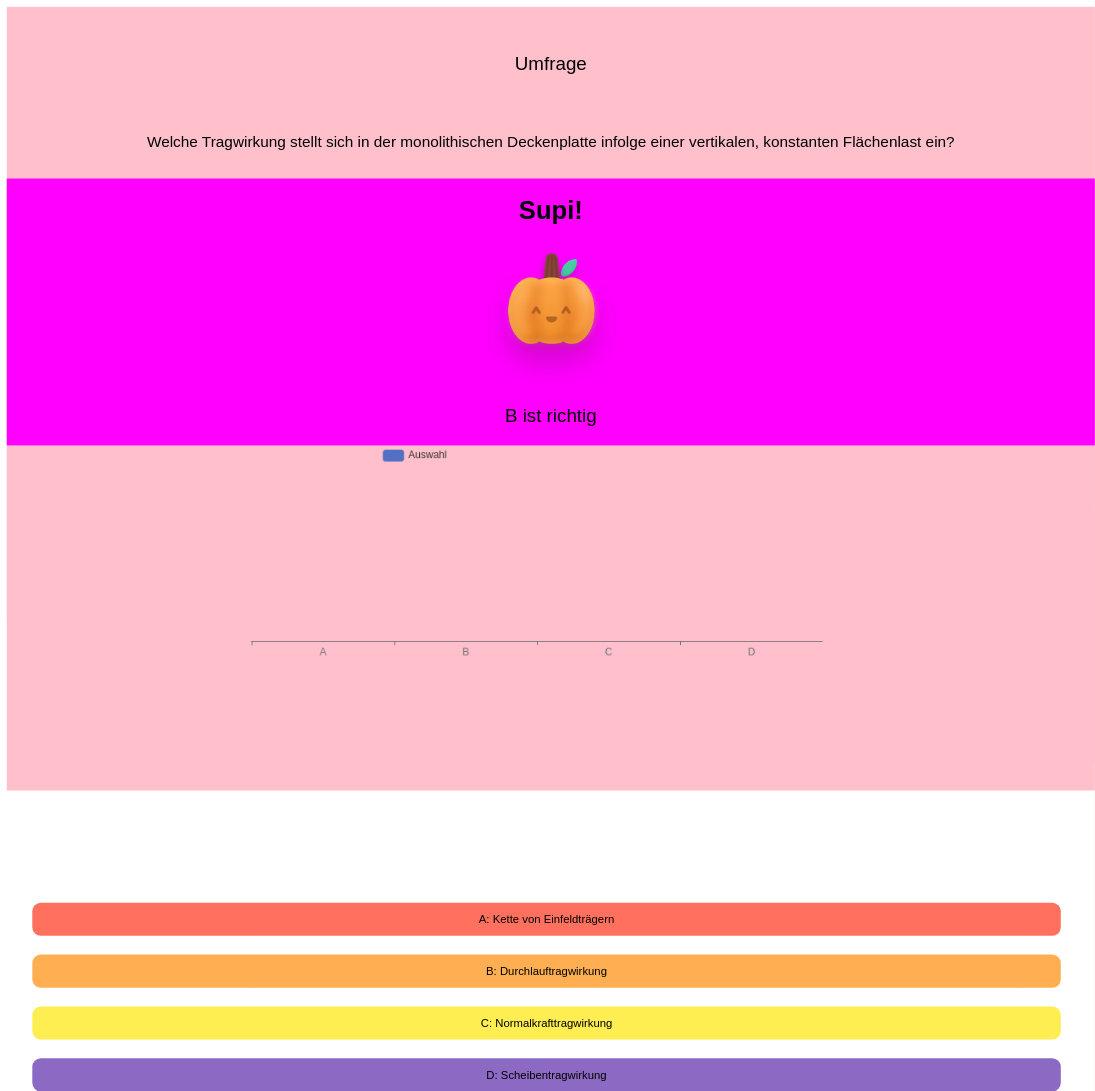
Repository: HyunraDate/Quinlan
Page: /Ergebnis1
An editor plug-in stored every save of this project. The page is shown before and after the next save, followed by the edit.
The browser window is 1280 px wide. The page is 1288 px wide, so the pictures cover 1288 px, including what lies to the right of the window. The pictures show the whole page, at 85% of full size.
The page's requests for data from a server got no answer. The project was rebuilt for these pictures with package versions that can differ from the ones it lists, and the page was loaded fresh each time. No one was signed in, and anything a server would have sent is missing. Also part of the build but not shown: vite.config.js, src/views/Ergebnis2.vue, src/views/Erklaerung.vue.

Above is the page before, as saved 2023-07-25 14:31:45.

After the next save:
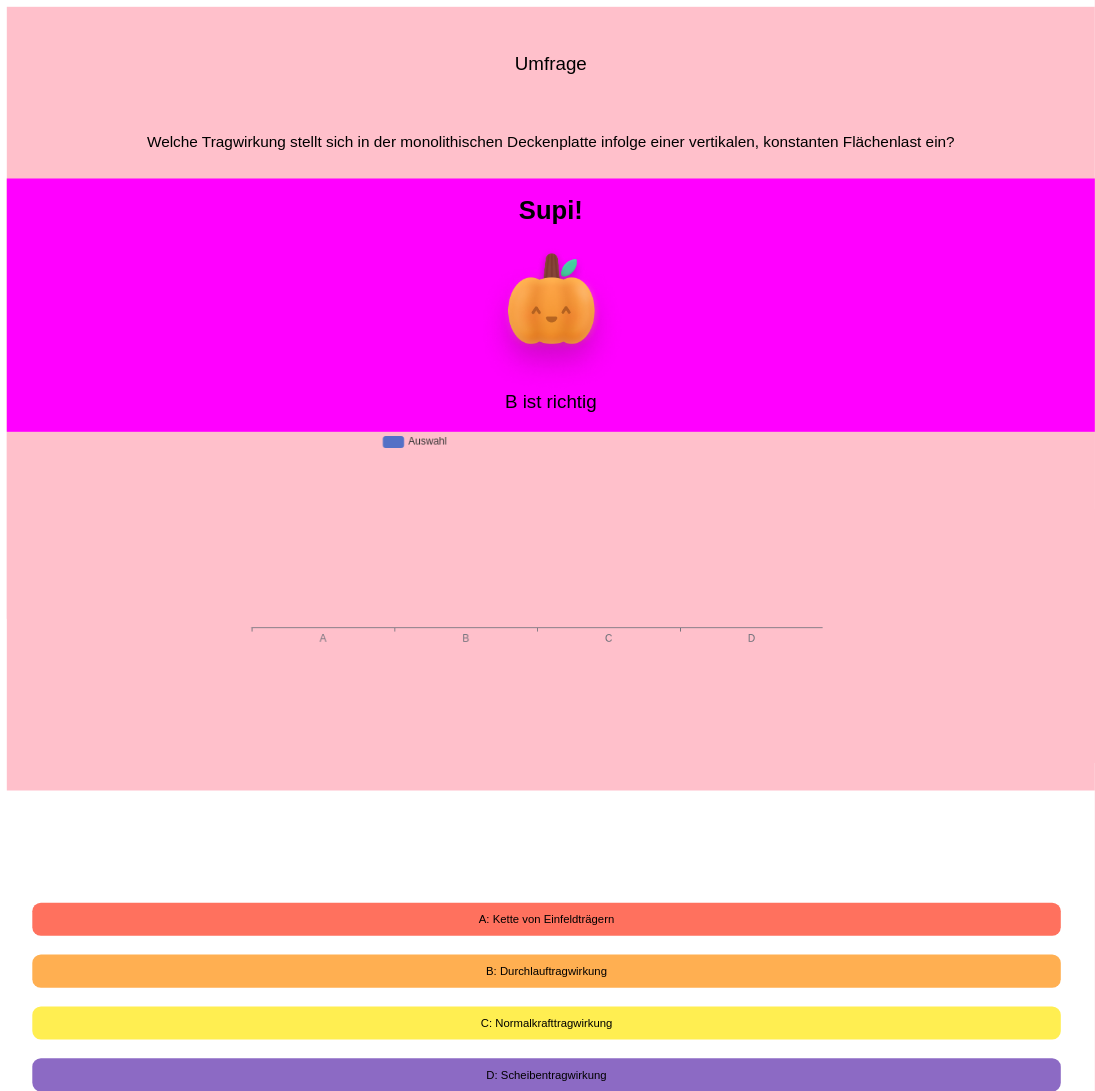
Saved 62 s later.
--- a/src/css/Step3b.css
+++ b/src/css/Step3b.css
@@ -174,7 +174,7 @@ html {
     height: 10.81rem;
   }
   .text_2 {
-    margin-top: 1rem;
+    /* margin-top: 1rem; */
     color: #000000;
     font-size: 1.38rem;
     font-family: Inter;
